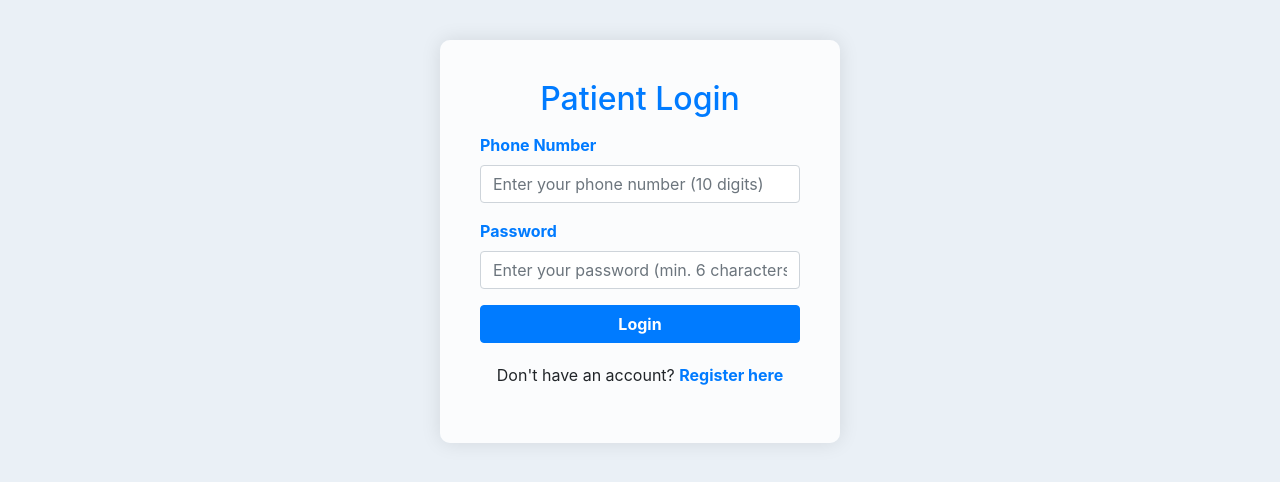
Repository: MohaseenAli/mediSlot
Page: http://localhost/mediSlot/patient_login.jsp
An editor plug-in stored every save of this project. The page is shown before and after the next save, followed by the edit.
The browser window is 1280 px wide. The pictures show the whole page.
The page is served by Tomcat 10.

Above is the page before, as saved 2024-04-21 12:33:19.

After the next save:
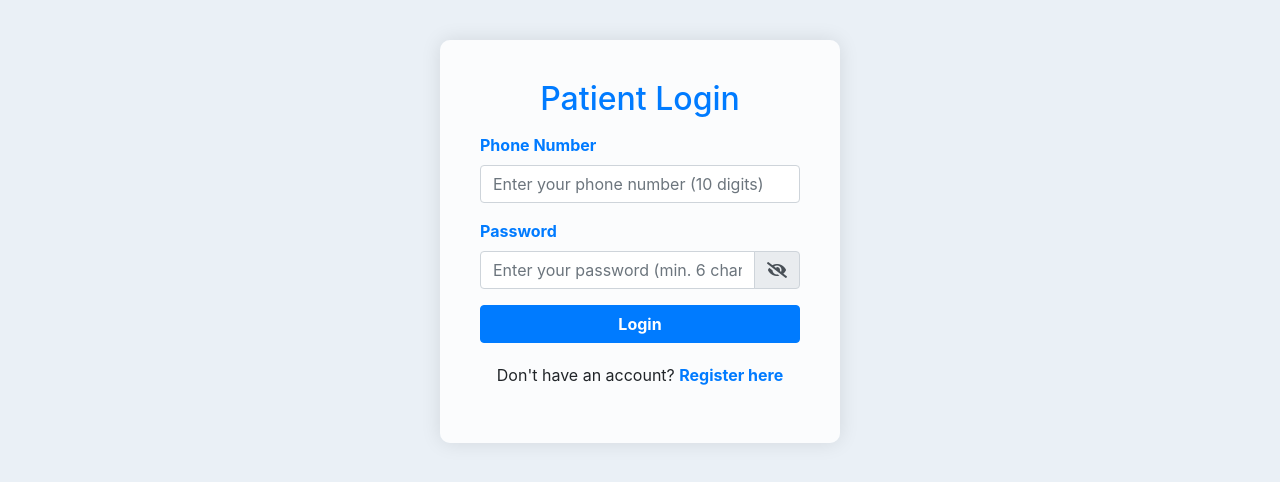
Saved 10 min 28 s later.
--- a/mediSlot/src/main/webapp/patient_login.jsp
+++ b/mediSlot/src/main/webapp/patient_login.jsp
@@ -1,7 +1,3 @@
-<%@ page language="java" contentType="text/html; charset=UTF-8"
-	pageEncoding="UTF-8"%>
-<%@ page session="true"%>
-
 <!DOCTYPE html>
 <html>
 <head>
@@ -10,100 +6,113 @@
 <title>MediSlot</title>
 <link href="assets/image/icon.png" rel="icon">
 <!-- Bootstrap CSS -->
-<link
-	href="https://stackpath.bootstrapcdn.com/bootstrap/4.5.2/css/bootstrap.min.css"
-	rel="stylesheet" />
+<link href="https://stackpath.bootstrapcdn.com/bootstrap/4.5.2/css/bootstrap.min.css" rel="stylesheet" />
+<!-- Font Awesome for eye icon -->
+<link href="https://cdnjs.cloudflare.com/ajax/libs/font-awesome/5.15.4/css/all.min.css" rel="stylesheet">
 <!-- Custom CSS -->
 <style>
 body {
-	background-color: #eaf0f6; /* Light blue background */
-	padding-top: 40px;
+    background-color: #eaf0f6; /* Light blue background */
+    padding-top: 40px;
 }
 
 .form-container {
-	max-width: 400px;
-	margin: auto;
-	background-color: rgba(255, 255, 255, 0.8);
-	/* Semi-transparent white form background */
-	padding: 40px;
-	border-radius: 10px;
-	box-shadow: 0 0 20px rgba(0, 0, 0, 0.1);
+    max-width: 400px;
+    margin: auto;
+    background-color: rgba(255, 255, 255, 0.8);
+    /* Semi-transparent white form background */
+    padding: 40px;
+    border-radius: 10px;
+    box-shadow: 0 0 20px rgba(0, 0, 0, 0.1);
 }
 
 .form-container h2 {
-	color: #007bff; /* Blue header text */
-	text-align: center;
-	margin-bottom: 15px;
+    color: #007bff; /* Blue header text */
+    text-align: center;
+    margin-bottom: 15px;
 }
 
 .form-container .form-group label {
-	color: #007bff; /* Blue label text */
-	font-weight: bold;
+    color: #007bff; /* Blue label text */
+    font-weight: bold;
 }
 
 .form-container .btn-primary {
-	background-color: #007bff; /* Blue button background */
-	border-color: #007bff;
-	font-weight: bold;
-	transition: background-color 0.3s;
+    background-color: #007bff; /* Blue button background */
+    border-color: #007bff;
+    font-weight: bold;
+    transition: background-color 0.3s;
 }
 
 .form-container .btn-primary:hover {
-	background-color: #0056b3; /* Darker blue on hover */
-	border-color: #0056b3;
+    background-color: #0056b3; /* Darker blue on hover */
+    border-color: #0056b3;
 }
 
 .login-link {
-	text-align: center;
-	margin-top: 20px;
+    text-align: center;
+    margin-top: 20px;
 }
 
 .login-link a {
-	color: #007bff; /* Blue login link text */
-	text-decoration: none;
-	font-weight: bold;
-	transition: color 0.3s;
+    color: #007bff; /* Blue login link text */
+    text-decoration: none;
+    font-weight: bold;
+    transition: color 0.3s;
 }
 
 .login-link a:hover {
-	color: #0056b3; /* Darker blue on hover */
+    color: #0056b3; /* Darker blue on hover */
 }
 </style>
 </head>
 <body>
-	<div class="container">
-		<div class="form-container">
-			<h2>Patient Login</h2>
-			<%
-			String error = (String) session.getAttribute("loginError");
-			if (error != null) {
-			%>
-			<p style="color: red; display: flex; justify-content: center"><%=error%></p>
-			<%
-			session.removeAttribute("loginError");
-			}
-			%>
-			<form method="post" action="patientLogin">
-				<div class="form-group">
-					<label for="phone">Phone Number</label> <input type="tel"
-						class="form-control" id="phone" name="phone" pattern="[1-9]{1}[0-9]{9}"
-						placeholder="Enter your phone number (10 digits)" required />
-				</div>
-				<div class="form-group">
-					<label for="password">Password</label> <input type="password"
-						class="form-control" id="password" name="password" pattern=".{5,}"
-						placeholder="Enter your password (min. 6 characters)" required />
-				</div>
-				<button type="submit" class="btn btn-primary btn-block">
-					Login</button>
-			</form>
-			<div class="login-link">
-				<p>
-					Don't have an account? <a href="patient_regestration.jsp">Register
-						here</a>
-				</p>
-			</div>
-		</div>
-	</div>
+    <div class="container">
+        <div class="form-container">
+            <h2>Patient Login</h2>
+            <% String error = (String) session.getAttribute("loginError"); if (error != null) { %>
+            <p style="color: red; display: flex; justify-content: center"><%=error%></p>
+            <% session.removeAttribute("loginError"); } %>
+            <form method="post" action="patientLogin">
+                <div class="form-group">
+                    <label for="phone">Phone Number</label> <input type="tel" class="form-control" id="phone" name="phone" pattern="[1-9]{1}[0-9]{9}" placeholder="Enter your phone number (10 digits)" required />
+                </div>
+                <div class="form-group">
+                    <label for="password">Password</label>
+                    <div class="input-group">
+                        <input type="password" class="form-control" id="password" name="password" pattern=".{5,}" placeholder="Enter your password (min. 6 characters)" required />
+                        <div class="input-group-append">
+                            <span class="input-group-text" id="togglePassword">
+                                <i class="fa fa-eye-slash" aria-hidden="true"></i>
+                            </span>
+                        </div>
+                    </div>
+                </div>
+                <button type="submit" class="btn btn-primary btn-block">
+                    Login
+                </button>
+            </form>
+            <div class="login-link">
+                <p>
+                    Don't have an account? <a href="patient_regestration.jsp">Register here</a>
+                </p>
+            </div>
+        </div>
+    </div>
+
+    <!-- JavaScript to toggle password visibility -->
+    <script>
+        const togglePassword = document.querySelector('#togglePassword');
+        const password = document.querySelector('#password');
+
+        togglePassword.addEventListener('click', function (e) {
+            // toggle the type attribute
+            const type = password.getAttribute('type') === 'password' ? 'text' : 'password';
+            password.setAttribute('type', type);
+            // toggle the eye slash icon
+            this.querySelector('i').classList.toggle('fa-eye-slash');
+            this.querySelector('i').classList.toggle('fa-eye');
+        });
+    </script>
 </body>
 </html>

After the save that followed:
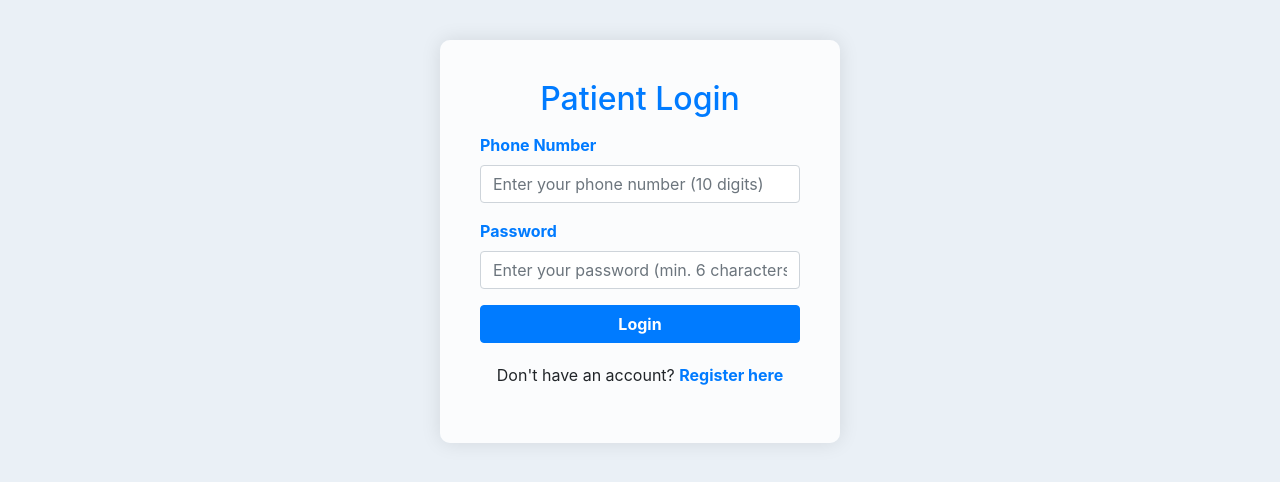
Saved 7 min 56 s later.
--- a/mediSlot/src/main/webapp/patient_login.jsp
+++ b/mediSlot/src/main/webapp/patient_login.jsp
@@ -1,3 +1,7 @@
+<%@ page language="java" contentType="text/html; charset=UTF-8"
+	pageEncoding="UTF-8"%>
+<%@ page session="true"%>
+
 <!DOCTYPE html>
 <html>
 <head>
@@ -6,113 +10,100 @@
 <title>MediSlot</title>
 <link href="assets/image/icon.png" rel="icon">
 <!-- Bootstrap CSS -->
-<link href="https://stackpath.bootstrapcdn.com/bootstrap/4.5.2/css/bootstrap.min.css" rel="stylesheet" />
-<!-- Font Awesome for eye icon -->
-<link href="https://cdnjs.cloudflare.com/ajax/libs/font-awesome/5.15.4/css/all.min.css" rel="stylesheet">
+<link
+	href="https://stackpath.bootstrapcdn.com/bootstrap/4.5.2/css/bootstrap.min.css"
+	rel="stylesheet" />
 <!-- Custom CSS -->
 <style>
 body {
-    background-color: #eaf0f6; /* Light blue background */
-    padding-top: 40px;
+	background-color: #eaf0f6; /* Light blue background */
+	padding-top: 40px;
 }
 
 .form-container {
-    max-width: 400px;
-    margin: auto;
-    background-color: rgba(255, 255, 255, 0.8);
-    /* Semi-transparent white form background */
-    padding: 40px;
-    border-radius: 10px;
-    box-shadow: 0 0 20px rgba(0, 0, 0, 0.1);
+	max-width: 400px;
+	margin: auto;
+	background-color: rgba(255, 255, 255, 0.8);
+	/* Semi-transparent white form background */
+	padding: 40px;
+	border-radius: 10px;
+	box-shadow: 0 0 20px rgba(0, 0, 0, 0.1);
 }
 
 .form-container h2 {
-    color: #007bff; /* Blue header text */
-    text-align: center;
-    margin-bottom: 15px;
+	color: #007bff; /* Blue header text */
+	text-align: center;
+	margin-bottom: 15px;
 }
 
 .form-container .form-group label {
-    color: #007bff; /* Blue label text */
-    font-weight: bold;
+	color: #007bff; /* Blue label text */
+	font-weight: bold;
 }
 
 .form-container .btn-primary {
-    background-color: #007bff; /* Blue button background */
-    border-color: #007bff;
-    font-weight: bold;
-    transition: background-color 0.3s;
+	background-color: #007bff; /* Blue button background */
+	border-color: #007bff;
+	font-weight: bold;
+	transition: background-color 0.3s;
 }
 
 .form-container .btn-primary:hover {
-    background-color: #0056b3; /* Darker blue on hover */
-    border-color: #0056b3;
+	background-color: #0056b3; /* Darker blue on hover */
+	border-color: #0056b3;
 }
 
 .login-link {
-    text-align: center;
-    margin-top: 20px;
+	text-align: center;
+	margin-top: 20px;
 }
 
 .login-link a {
-    color: #007bff; /* Blue login link text */
-    text-decoration: none;
-    font-weight: bold;
-    transition: color 0.3s;
+	color: #007bff; /* Blue login link text */
+	text-decoration: none;
+	font-weight: bold;
+	transition: color 0.3s;
 }
 
 .login-link a:hover {
-    color: #0056b3; /* Darker blue on hover */
+	color: #0056b3; /* Darker blue on hover */
 }
 </style>
 </head>
 <body>
-    <div class="container">
-        <div class="form-container">
-            <h2>Patient Login</h2>
-            <% String error = (String) session.getAttribute("loginError"); if (error != null) { %>
-            <p style="color: red; display: flex; justify-content: center"><%=error%></p>
-            <% session.removeAttribute("loginError"); } %>
-            <form method="post" action="patientLogin">
-                <div class="form-group">
-                    <label for="phone">Phone Number</label> <input type="tel" class="form-control" id="phone" name="phone" pattern="[1-9]{1}[0-9]{9}" placeholder="Enter your phone number (10 digits)" required />
-                </div>
-                <div class="form-group">
-                    <label for="password">Password</label>
-                    <div class="input-group">
-                        <input type="password" class="form-control" id="password" name="password" pattern=".{5,}" placeholder="Enter your password (min. 6 characters)" required />
-                        <div class="input-group-append">
-                            <span class="input-group-text" id="togglePassword">
-                                <i class="fa fa-eye-slash" aria-hidden="true"></i>
-                            </span>
-                        </div>
-                    </div>
-                </div>
-                <button type="submit" class="btn btn-primary btn-block">
-                    Login
-                </button>
-            </form>
-            <div class="login-link">
-                <p>
-                    Don't have an account? <a href="patient_regestration.jsp">Register here</a>
-                </p>
-            </div>
-        </div>
-    </div>
-
-    <!-- JavaScript to toggle password visibility -->
-    <script>
-        const togglePassword = document.querySelector('#togglePassword');
-        const password = document.querySelector('#password');
-
-        togglePassword.addEventListener('click', function (e) {
-            // toggle the type attribute
-            const type = password.getAttribute('type') === 'password' ? 'text' : 'password';
-            password.setAttribute('type', type);
-            // toggle the eye slash icon
-            this.querySelector('i').classList.toggle('fa-eye-slash');
-            this.querySelector('i').classList.toggle('fa-eye');
-        });
-    </script>
+	<div class="container">
+		<div class="form-container">
+			<h2>Patient Login</h2>
+			<%
+			String error = (String) session.getAttribute("loginError");
+			if (error != null) {
+			%>
+			<p style="color: red; display: flex; justify-content: center"><%=error%></p>
+			<%
+			session.removeAttribute("loginError");
+			}
+			%>
+			<form method="post" action="patientLogin">
+				<div class="form-group">
+					<label for="phone">Phone Number</label> <input type="tel"
+						class="form-control" id="phone" name="phone" pattern="[1-9]{1}[0-9]{9}"
+						placeholder="Enter your phone number (10 digits)" required />
+				</div>
+				<div class="form-group">
+					<label for="password">Password</label> <input type="password"
+						class="form-control" id="password" name="password" pattern=".{5,}"
+						placeholder="Enter your password (min. 6 characters)" required />
+				</div>
+				<button type="submit" class="btn btn-primary btn-block">
+					Login</button>
+			</form>
+			<div class="login-link">
+				<p>
+					Don't have an account? <a href="patient_regestration.jsp">Register
+						here</a>
+				</p>
+			</div>
+		</div>
+	</div>
 </body>
 </html>
